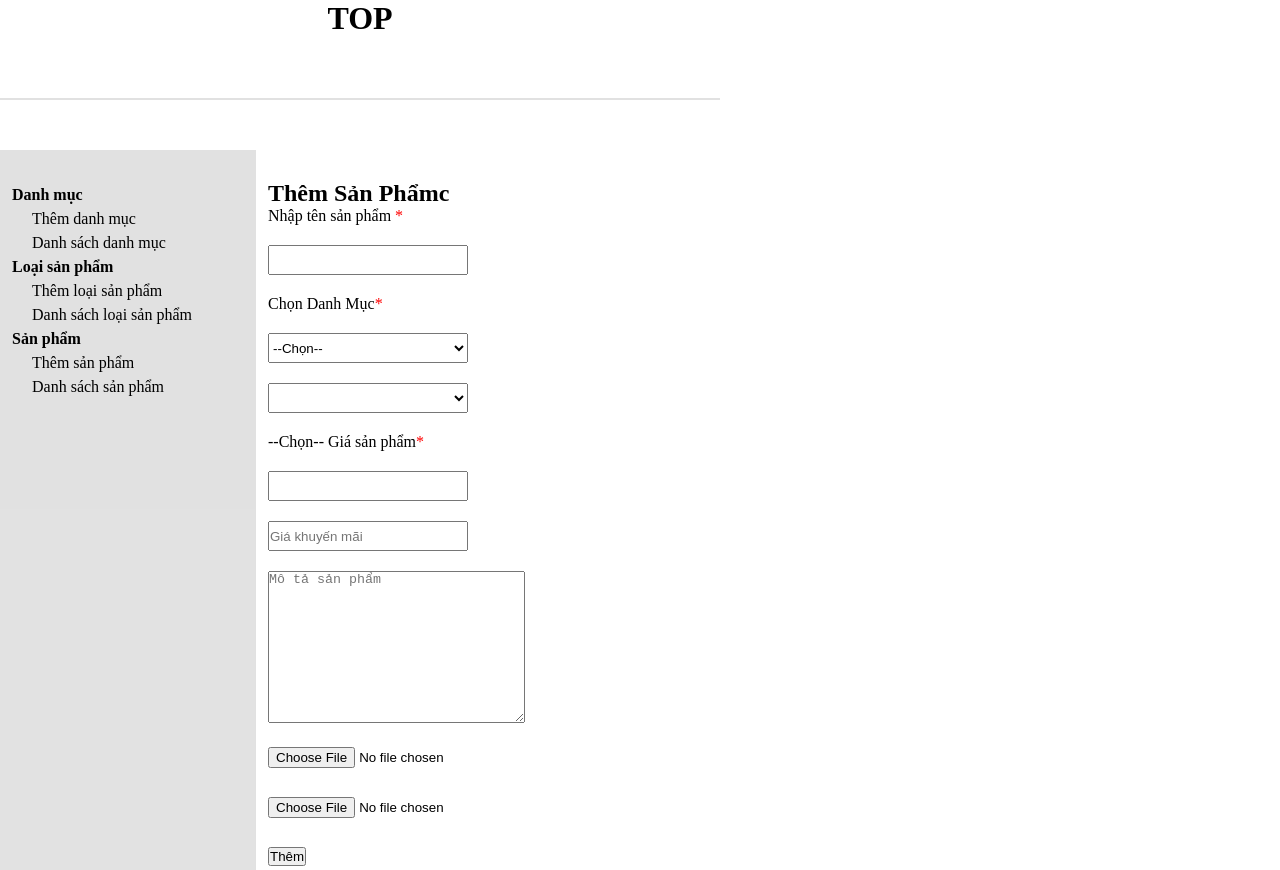
Repository: dinhvanbinh2310/ivy-moda
Page: Admin/productadd.html
An editor plug-in stored every save of this project. The page is shown before and after the next save, followed by the edit.
The browser window is 1280 px wide. The pictures show the whole page.

Above is the page before, as saved 2022-07-06 16:06:53.

### Admin/productadd.html
<!DOCTYPE html>
<html lang="en">
<head>
  <meta charset="UTF-8">
  <meta http-equiv="X-UA-Compatible" content="IE=edge">
  <meta name="viewport" content="width=device-width, initial-scale=1.0">
  <link rel="stylesheet" href="style.css">
  <title>Danh mục sản phẩm</title>
</head>
<body>
  <header>
    <h1>TOP</h1>
  </header>
  <section class="admin-content">
    <div class="admin-content-left">
      <ul>
        <li> <a href="#">Danh mục</a>
          <ul>
            <li><a href="">Thêm danh mục</a></li>
            <li><a href="">Danh sách danh mục</a></li>
          </ul>
        </li>
        <li> <a href="#">Loại sản phẩm</a>
          <ul>
            <li><a href="">Thêm loại sản phẩm</a></li>
            <li><a href="">Danh sách loại sản phẩm</a></li>
          </ul>
        </li>
        <li> <a href="#">Sản phẩm</a>
          <ul>
            <li><a href="">Thêm sản phẩm</a></li>
            <li><a href="">Danh sách sản phẩm</a></li></li>
        </ul>
      </ul>
    </div>
    <div class="admin-content-right">
      <div class="admin-content-right-product-add">
          <h1>Thêm Sản Phẩmc</h1>
          <form action="" method="POST">
            <label for="">Nhập tên sản phẩm <span style="color:red;">*</span></label>
            <input type="text">
            <label for="">Chọn Danh Mục<span style="color:red;">*</span></label>
            <select name="" id="">
                <option value="#">--Chọn--</option>
            </select>
            <select name="" id="">
            <label for="">Chọn Loại Sản Phẩm<span style="color:red;">*</span></label>
              <select value="#">--Chọn--</select>
          </select>
          <label for="">Giá sản phẩm<span style="color:red;">*</span></label>
          <input type="text">
          <input type="text" placeholder="Giá khuyến mãi">
          <textarea name="" id="" cols="30" rows="10" placeholder="Mô tả sản phẩm"></textarea>
          <input type="file">
          <input type="file">
          <button type="submit">Thêm</button>
          </form>
        </div>
      </div>
  </section>
</body>
</html>

### Admin/style.css
*{
  margin: 0;
  padding: 0;
  box-sizing: border-box;
  color: black;
  outline: none;
}
a{
  text-decoration: none;
}
ul{
  list-style: none;
}
header{
  height: 100px;
  width: 100vh;
  border-bottom: 2px solid #dddd;
  text-align: center;
  align-items: center;
}
.admin-content{
  padding-top: 50px;
  display: flex;
}
.admin-content-left{
  background-color: #dddd;
  width: 20%;
  height: 100vh;
  padding: 30px 0 0 12px;
}
.admin-content-left > ul >li >a{
  font-weight: bold;
}
.admin-content-left ul li{
  margin: 6px 0;
}
.admin-content-left ul ul{
  margin-left: 20px;
}
.admin-content-right{
  width: 80%;
  padding: 30px 0 0 12px;
}
.admin-content-right-cartegory-add input{
  height: 30px;
  width: 200px;
  padding-left: 12px;
  margin-top: 20px;
}
.admin-content-right-cartegory-add button{
  display: block;
  margin-top: 10px;
  height: 30px;
  width: 100px;
  cursor: pointer;
  background-color: brown;
  border: none;
  color: white;
  transition: all 0.3s ease;
}
.admin-content-right-cartegory-add button:hover{
  background-color: transparent;
  border: 1px solid brown;
  color: brown;
}
/* ------------------------Cartegorylist----------------------- */
.admin-content-right-cartegory_list table{
  width: 100%;
  text-align: center;
  margin-top: 20px;
}
.admin-content-right-cartegory_list table tr th,td{
  border: 1px solid #dddd;
}
table{
  border-collapse: collapse;
}
/* ------------------------Product----------------------- */
.admin-content-right-product-add input,select{
  width: 200px;
  height: 30px;
  display: block;
  margin: 20px 0;
}

After the next save:
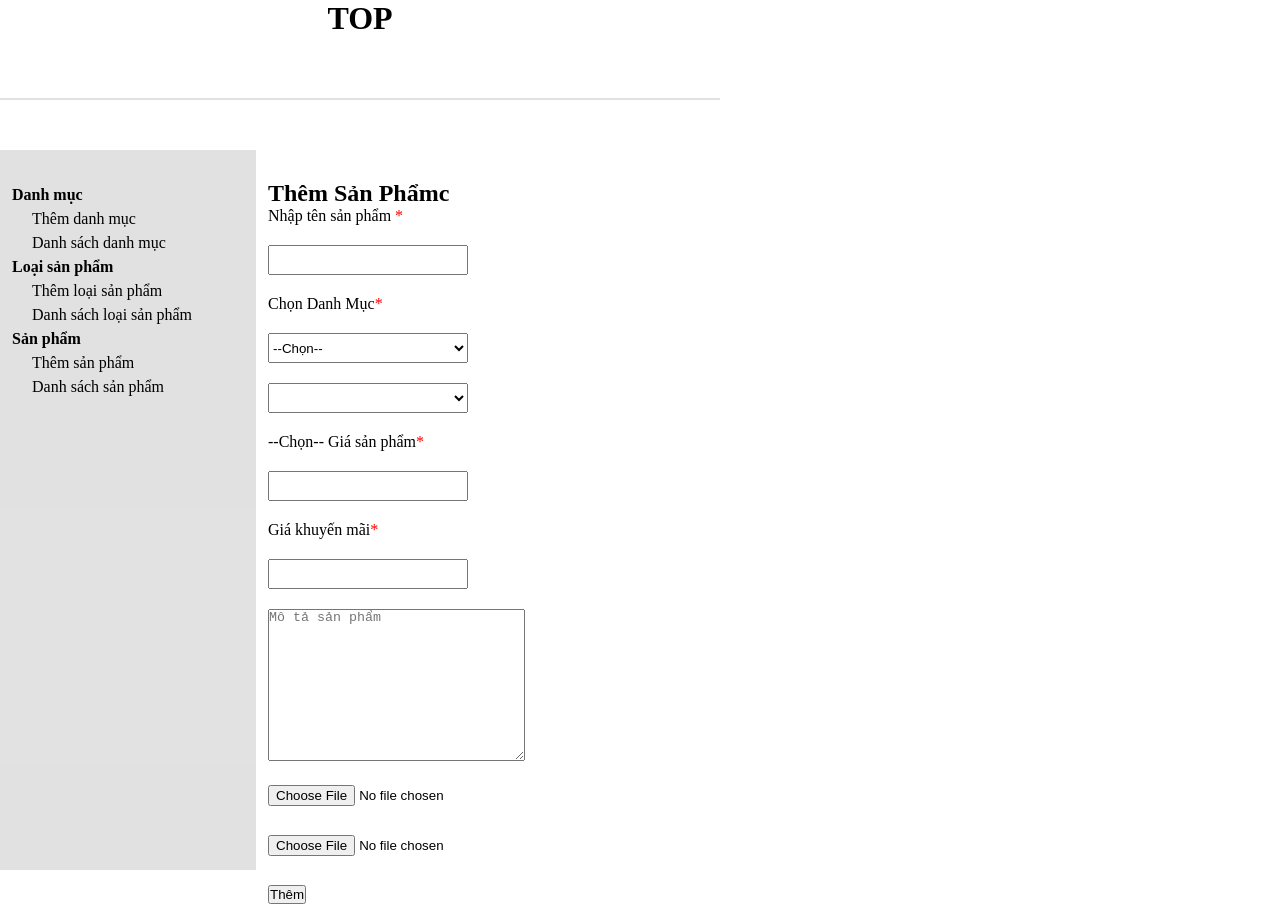
Saved 17 s later.
--- a/Admin/productadd.html
+++ b/Admin/productadd.html
@@ -49,7 +49,8 @@
           </select>
           <label for="">Giá sản phẩm<span style="color:red;">*</span></label>
           <input type="text">
-          <input type="text" placeholder="Giá khuyến mãi">
+          <label for="">Giá khuyến mãi<span style="color:red;">*</span></label>
+          <input type="text">
           <textarea name="" id="" cols="30" rows="10" placeholder="Mô tả sản phẩm"></textarea>
           <input type="file">
           <input type="file">
